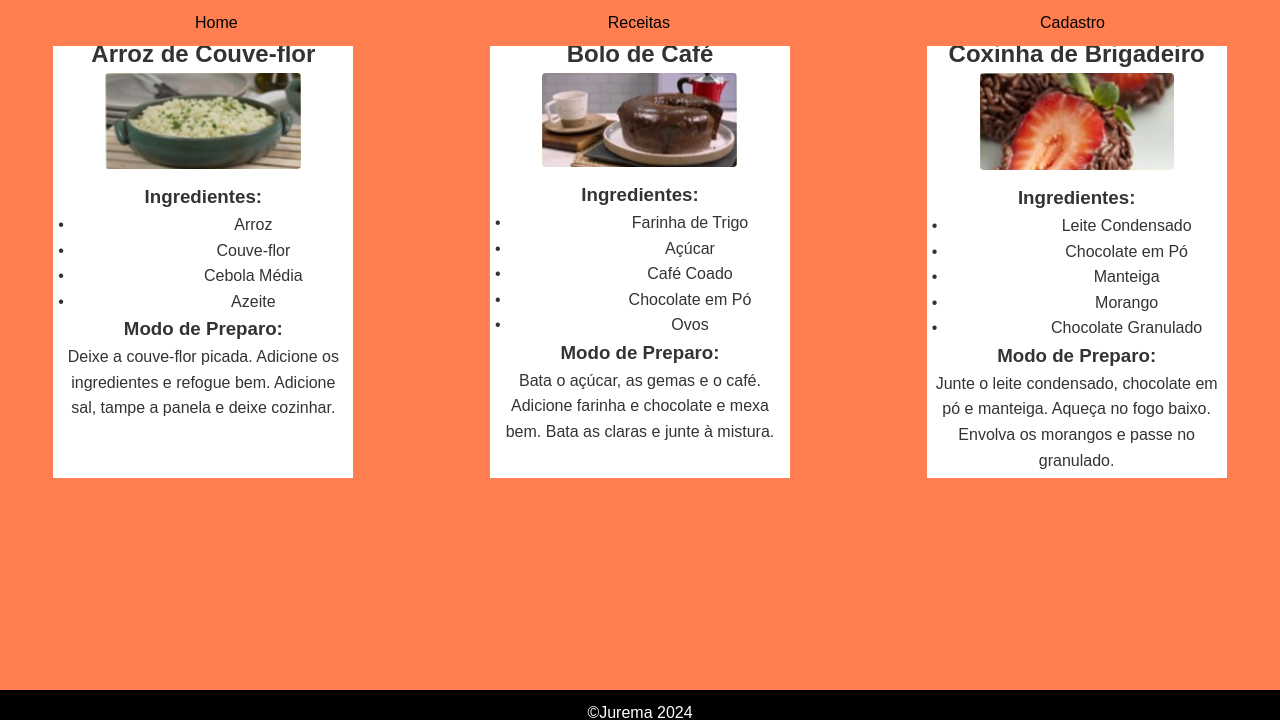
Repository: devropaes/RECEITAS
Page: OneDrive/Área de Trabalho/Estudos/Estácio/receitas/receitas.html
The author's editor kept a copy of each file at every save. The page is drawn from the files as they stood at one save, then again after the next save.
The browser window is 1280 px wide. The pictures show the whole page.

Above is the page before, as saved 2024-03-15 17:44:50.

After the next save:
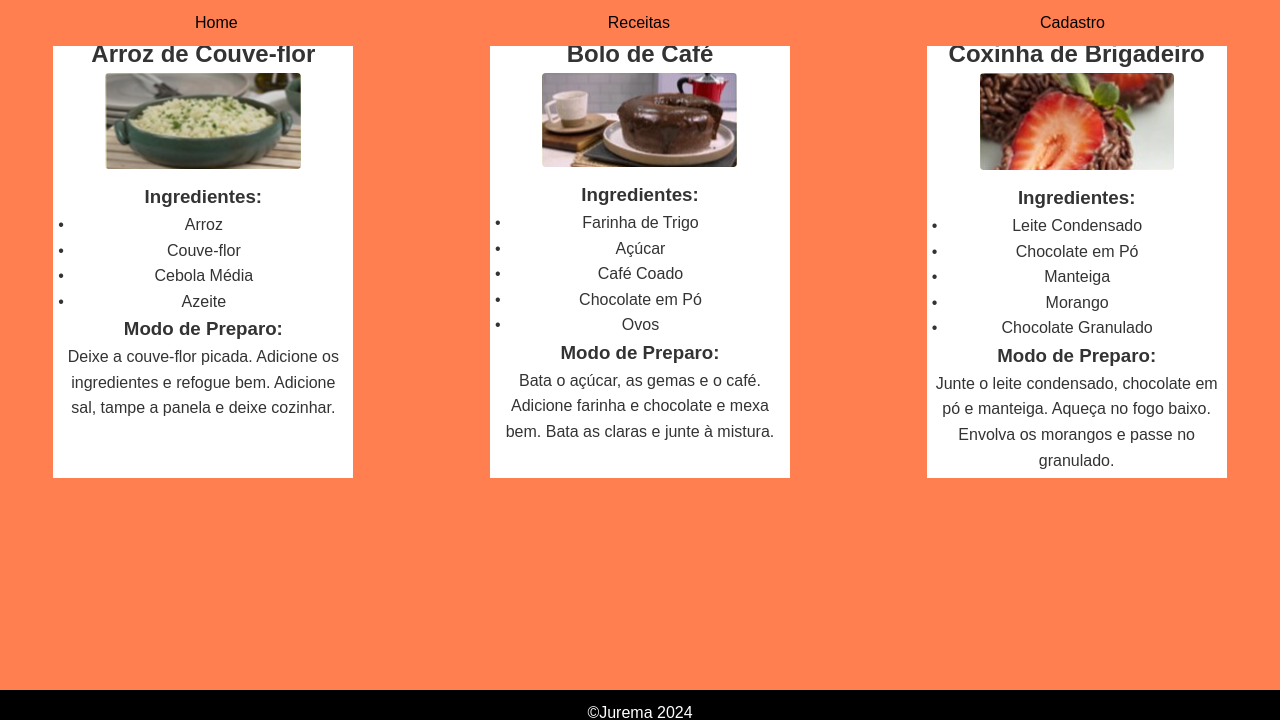
Saved 9 s later.
--- a/OneDrive/Área de Trabalho/Estudos/Estácio/receitas/receitas.css
+++ b/OneDrive/Área de Trabalho/Estudos/Estácio/receitas/receitas.css
@@ -42,7 +42,7 @@
 
 .receita ul li {
     position: relative;
-    padding-left: 100px;
+    padding-left: 1px;
 }
 
 .receita ul li:before {
